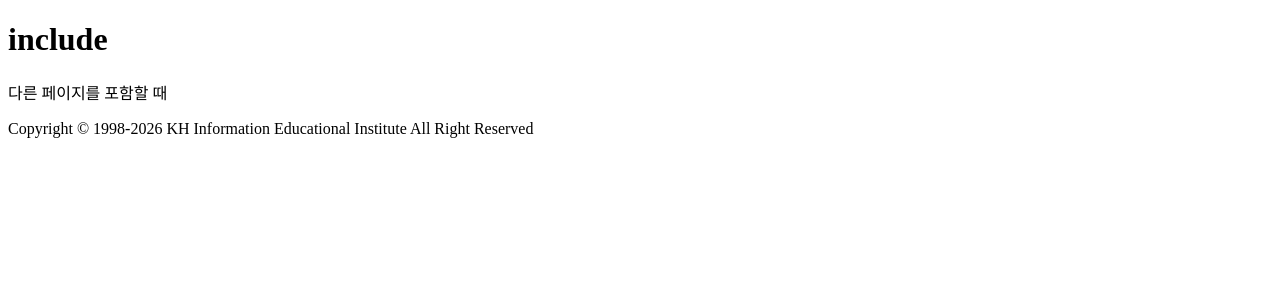
Repository: ghksl0204-shapa/dynamic-web
Page: http://localhost/ActionProject/include.do
These files come from the project's save history. The page is drawn as it stood at one moment and after the next save; the edit follows.
The browser window is 1280 px wide. The pictures show the whole page.
The page is served by Tomcat 9.

Above is the page before, as saved 2026-05-06 07:36:38.

After the next save:
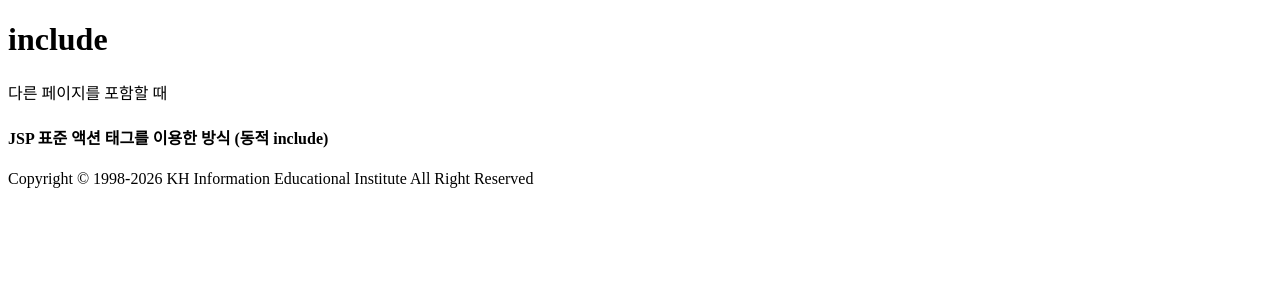
Saved 9 min 18 s later.
--- a/ActionProject/src/main/webapp/WEB-INF/views/include.jsp
+++ b/ActionProject/src/main/webapp/WEB-INF/views/include.jsp
@@ -13,9 +13,14 @@
 	<p>
 		다른 페이지를 포함할 때
 	</p>
+	<%-- 정적컴파일 방식 ( 컴파일 시점에 jsp를 포함 시킴 )
+	<%@ include file="footer.jsp" %>
+	<%@ include file="footer.jsp" %>
+	--%>
 
-	<%@ include file="footer.jsp" %>
+	<h4> JSP 표준 액션 태그를 이용한 방식 (동적 include) </h4>
 
+	<jsp:include page="footer.jsp"></jsp:include>
 
 
 
